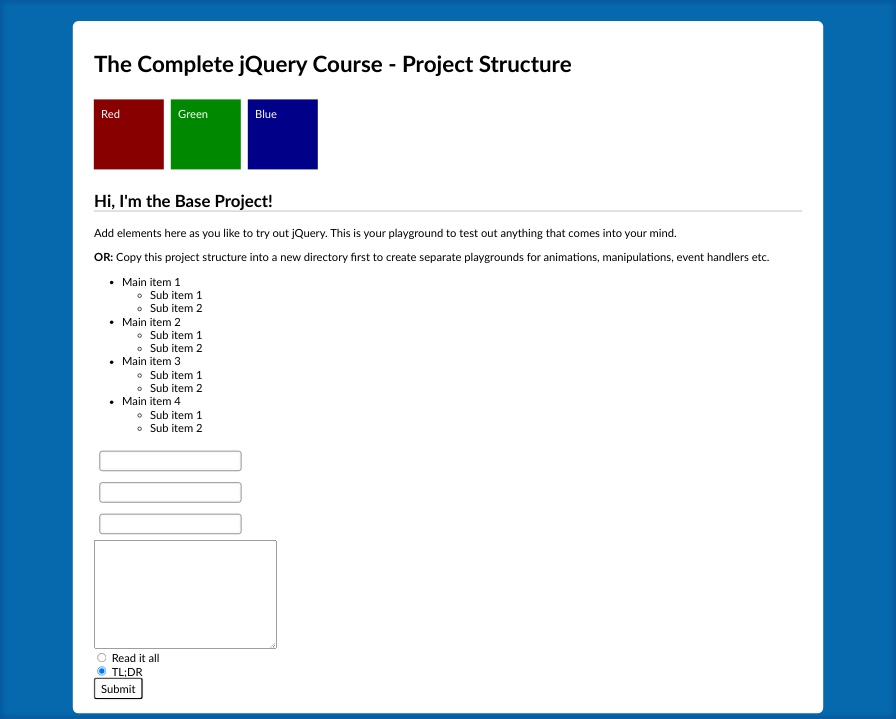
Repository: vpriyankaprabhu/Jquery-examples
Page: 05/element-data/index.html
The author's editor kept a copy of each file at every save. The page is drawn from the files as they stood at one save, then again after the next save.
The browser window is 1280 px wide. The pictures show the whole page, at 70% of full size.

Above is the page before, as saved 2024-12-30 13:36:10.

After the next save:
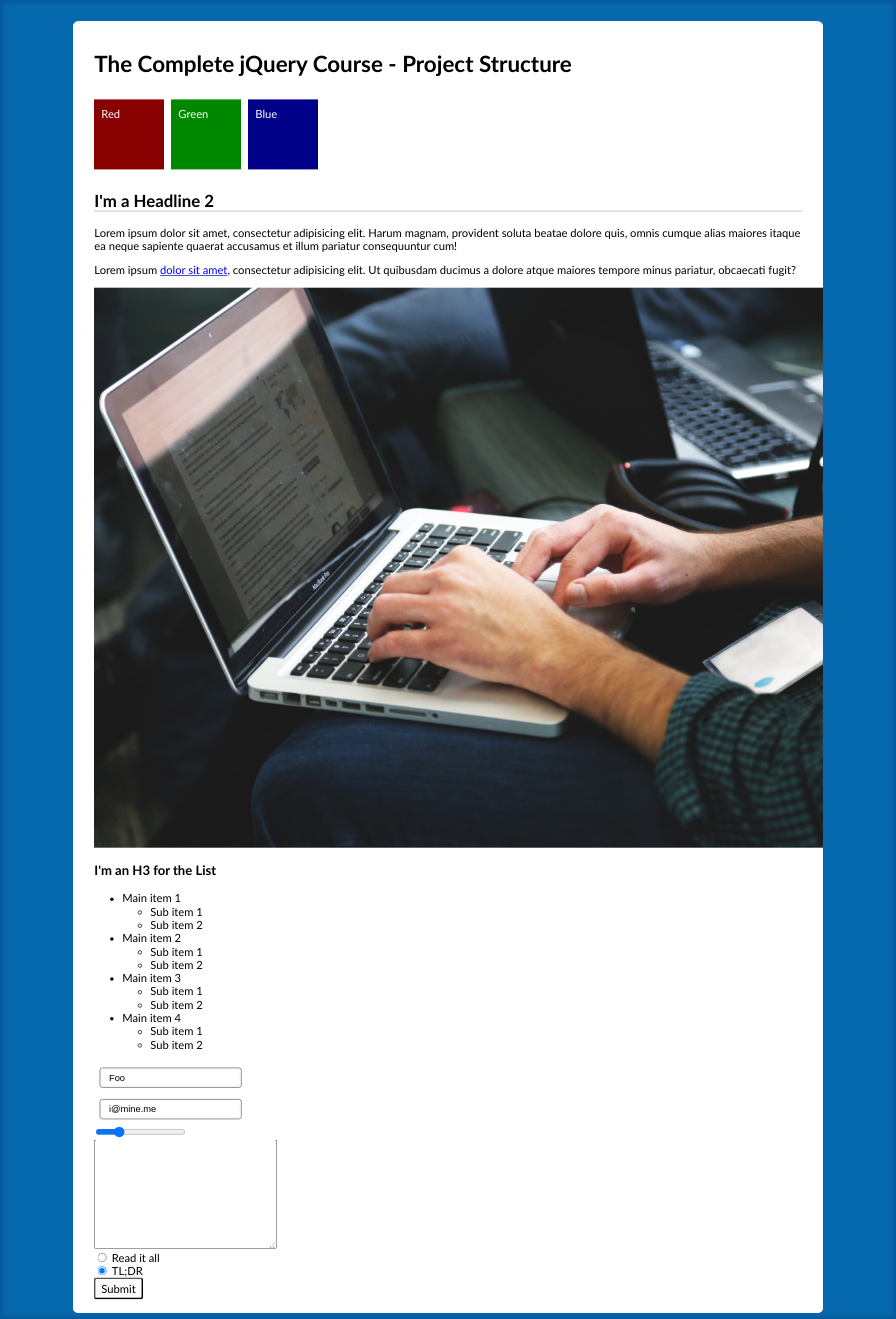
Saved 9 s later.
--- a/05/element-data/index.html
+++ b/05/element-data/index.html
@@ -5,7 +5,7 @@
   <script src="https://code.jquery.com/jquery-1.12.3.min.js" integrity="sha256-aaODHAgvwQW1bFOGXMeX+pC4PZIPsvn2h1sArYOhgXQ=" crossorigin="anonymous"></script>
   <script src="js/script.js"></script>
   <link rel="stylesheet" href="css/style.css">
-  <title>The Complete jQuery Course - Project Structure</title>
+  <title>The Complete jQuery Course - Course Code</title>
 </head>
 <body>
   <div id="content">
@@ -16,9 +16,15 @@
     <div class="blue-box">Blue</div>
     <div class="clear"></div>
 
-    <h2>Hi, I'm the Base Project!</h2>
-    <p>Add elements here as you like to try out jQuery. This is your playground to test out anything that comes into your mind.</p>
-    <p><strong>OR:</strong> Copy this project structure into a new directory first to create separate playgrounds for animations, manipulations, event handlers etc.</p>
+    <h2>I'm a Headline 2</h2>
+    <p data-mydata="Data coming from HTML attribute">Lorem ipsum dolor sit amet, consectetur adipisicing elit. Harum magnam, provident soluta beatae dolore quis, omnis cumque alias maiores itaque ea neque sapiente quaerat accusamus et illum pariatur consequuntur cum!</p>
+    <p>Lorem ipsum <a id="link" title="An amazing link" href="/url">dolor sit amet</a>, consectetur adipisicing elit. Ut quibusdam ducimus a dolore atque maiores tempore minus pariatur, obcaecati fugit?</p>
+
+    <div class="gallery">
+      <img src="images/laptop-mobile_small.jpg" alt="">
+    </div>
+
+    <h3>I'm an H3 for the List</h3>
     <!-- An unordered list with ID "list" -->
     <ul id="list">
       <li>Main item 1
@@ -45,14 +51,13 @@
 
     <!-- A form element without class or ID  -->
     <form action="">
-      <input type="text"><br>
-      <input type="email"><br>
-      <input type="password"><br>
+      <input type="text" value="Foo"><br>
+      <input type="email" value="i@mine.me"><br>
+      <input type="range" min="1" max="10" value="3"><br>
       <textarea name="message" id="message" cols="30" rows="10"></textarea><br>
       <input type="radio" name="toc" value="read" id="read"> <label for="read">Read it all</label> <br>
       <input type="radio" name="toc" value="tldr" checked> <label for="tldr">TL;DR</label> <br>
       <input type="submit" value="Submit">
     </form>
-  </div>
 </body>
 </html>
